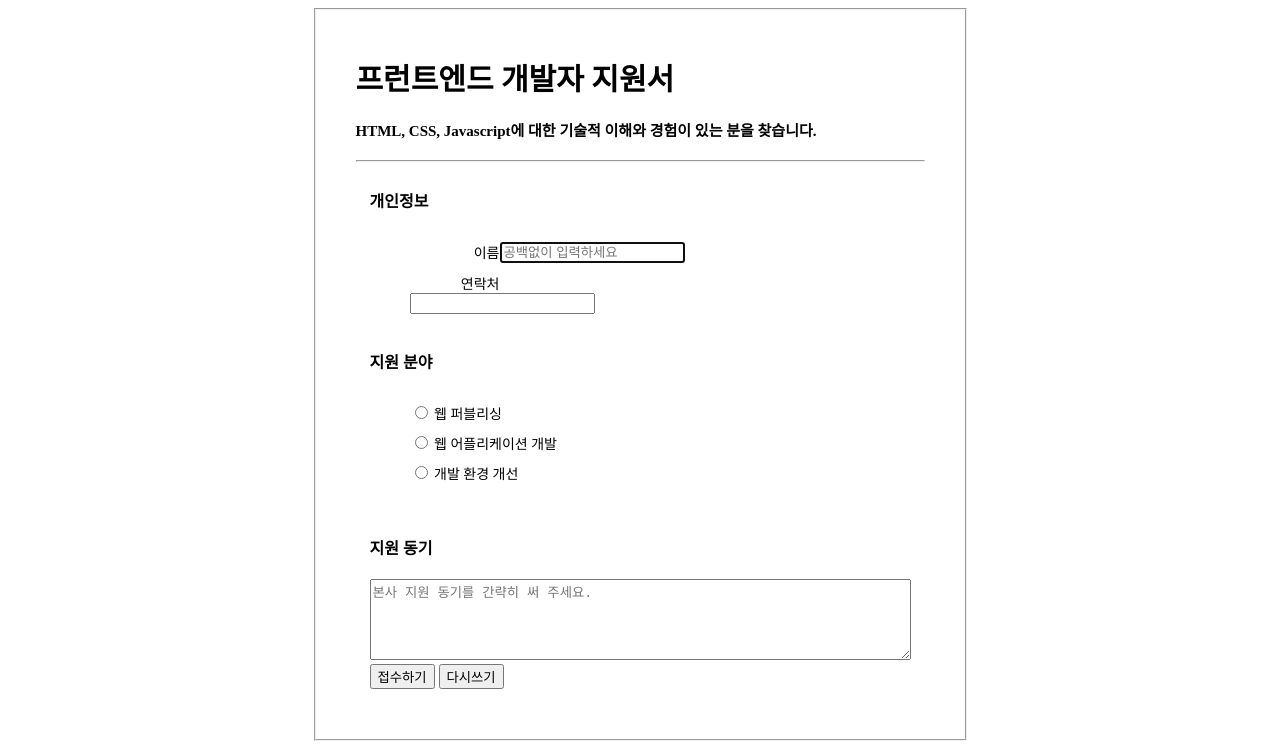
Repository: ygs3004/StudyHTML_CSS
Page: web project 01/src/main/webapp/chapter05/exam05_20.html
An editor plug-in stored every save of this project. The page is shown before and after the next save, followed by the edit.
The browser window is 1280 px wide. The pictures show the whole page.

Above is the page before, as saved 2022-08-09 05:57:07.

### web project 01/src/main/webapp/chapter05/exam05_20.html
<!DOCTYPE html>
<html>
<head>
<meta charset="UTF-8">
<title>Insert title here</title>
<style type="text/css">
	li{
		list-style: none;
		margin:10px 0px ;
		font-size : 14px;
		font-weight : normal;
	}
	ul{
		margin-top : 30px;
	}
	.main{
		width:480px;
		margin : auto;
		padding-top: 25px;
		padding-left: 40px;
		padding-right: 40px;
		padding-bottom: 40px;
		font-size :15px;
	}

	.body{
		margin-top :20px;
		font-size : 16px;
		font-weight : bold;
		border:0 none;
		text-align : left;
	}

	textarea{
		margin-top : 20px;
	}

	.reg{
		float : left;
		text-align : right;
		width : 90px;
	}

</style>
</head>
<body>
<form action="">
<fieldset class = "main">
<h1>프런트엔드 개발자 지원서</h1>
<h4>HTML, CSS, Javascript에 대한 기술적 이해와 경험이 있는 분을 찾습니다.</h4>
<hr></hr>
	<fieldset class ="body">개인정보
		<ul>
			<li>
				<label class="reg" for="name">이름</label>
				<input type="text" id="name" placeholder="공백없이 입력하세요" autofocus>
			</li>
			<li>
				<label class="reg" for="phone">연락처
				<input type="tel" id="phone"> </label>
			</li>
		</ul>
	</fieldset>
	<fieldset class ="body">지원 분야
		<ul>
			<li>
			<input type="radio" id="publishing" ><label for = "publishing"> 웹 퍼블리싱</label>
			</li>
			<li><input type="radio" id="application" ><label for = "application"> 웹 어플리케이션 개발</label>
			</li>
			<li><input type="radio" id="improving" ><label for = "improving"> 개발 환경 개선</label>
			</li>
		</ul>
	</fieldset>
	<fieldset class ="body"> 지원 동기<br>
			<textarea rows="5" cols="65" name="motivation" placeholder="본사 지원 동기를 간략히 써 주세요."></textarea>
			<br>
			<input type="submit" value="접수하기">
			<input type="reset" value="다시쓰기">
	</fieldset>
</fieldset>
</form>
</body>
</html>

After the next save:
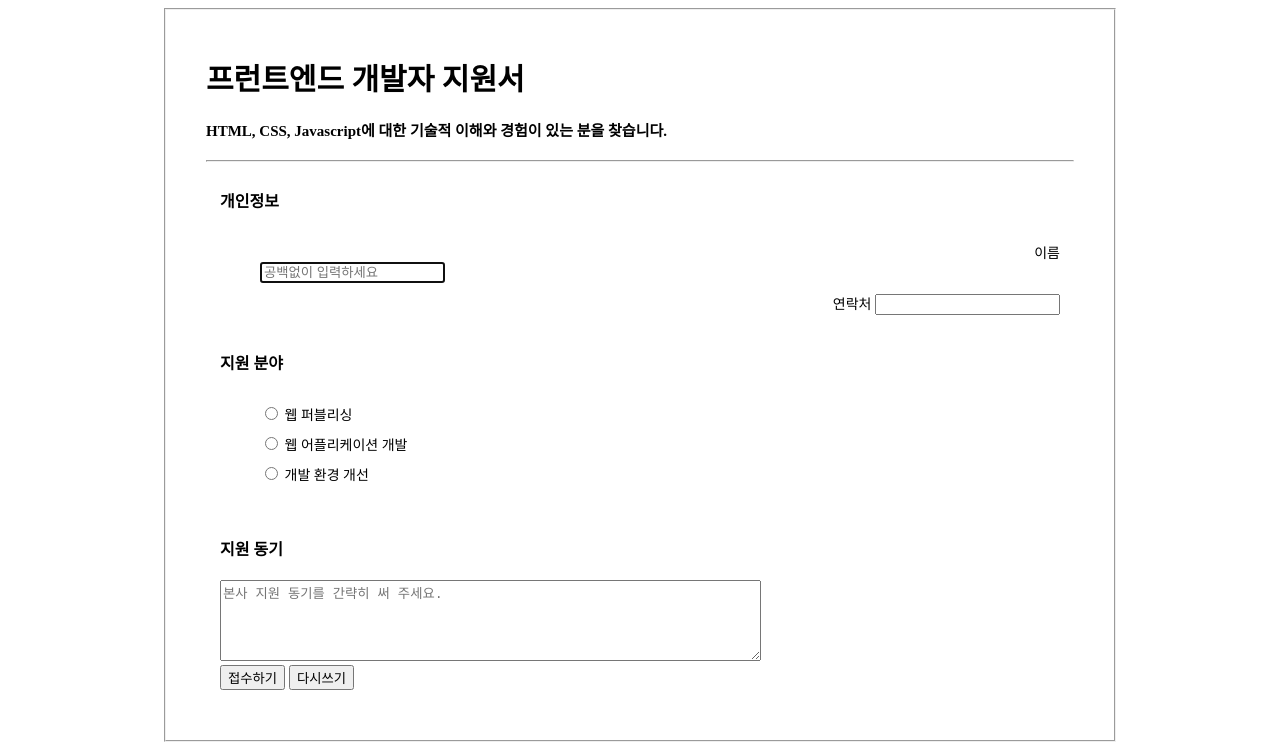
Saved 4 s later.
--- a/web project 01/src/main/webapp/chapter05/exam05_20.html
+++ b/web project 01/src/main/webapp/chapter05/exam05_20.html
@@ -38,7 +38,7 @@
 	.reg{
 		float : left;
 		text-align : right;
-		width : 90px;
+		width : 800px;
 	}
 
 </style>
